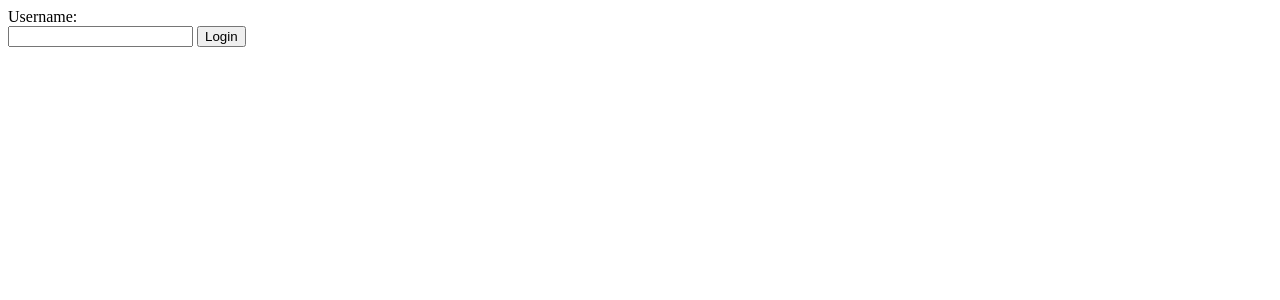
Repository: niksm96/ServletPro
Page: LoginRegistrationApp/WebContent/Index.html
An editor plug-in stored every save of this project. The page is shown before and after the next save, followed by the edit.
The browser window is 1280 px wide. The pictures show the whole page.

Above is the page before, as saved 2019-01-22 07:02:33.

After the next save:
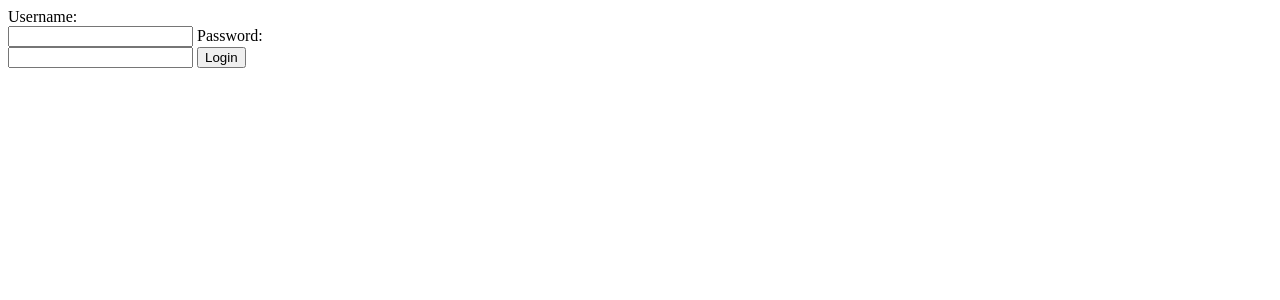
Saved 42 s later.
--- a/LoginRegistrationApp/WebContent/Index.html
+++ b/LoginRegistrationApp/WebContent/Index.html
@@ -8,6 +8,8 @@
 <form action="login" method="post">
 Username:<br>
 <input type="text" name="username">
+Password:<br>
+<input type="text" name="password">
 <button type="submit" value="login">Login</button>
 </form>
 </body>
